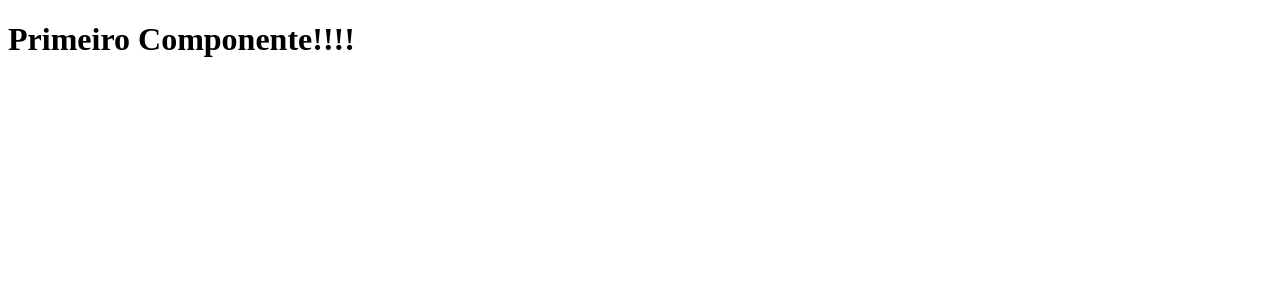
Repository: eversonps/react-fundamentos
Page: / (app in v4/)
These files come from the project's save history. The page is drawn as it stood at one moment and after the next save; the edit follows.
The browser window is 1280 px wide. The pictures show the whole page.
The project was rebuilt for these pictures with package versions that can differ from the ones it lists, and the page was loaded fresh each time.

Above is the page before, as saved 2022-03-24 15:59:34.

### v4/src/index.js
import ReactDOM from "react-dom"
import React from "react"
import PrimeiroComponente from "./componentes/PrimeiroComponente"

const elemento = document.getElementById("root")
ReactDOM.render(
    <div>
        <PrimeiroComponente valor="Primeiro Componente!!!!"/>
    </div>,
    elemento
)

### v4/src/componentes/PrimeiroComponente.jsx
import React from "react";

export default (props) => <h1>{props.valor}</h1>

Loaded but not shown: v4/public/index.html (common file)

After the next save:
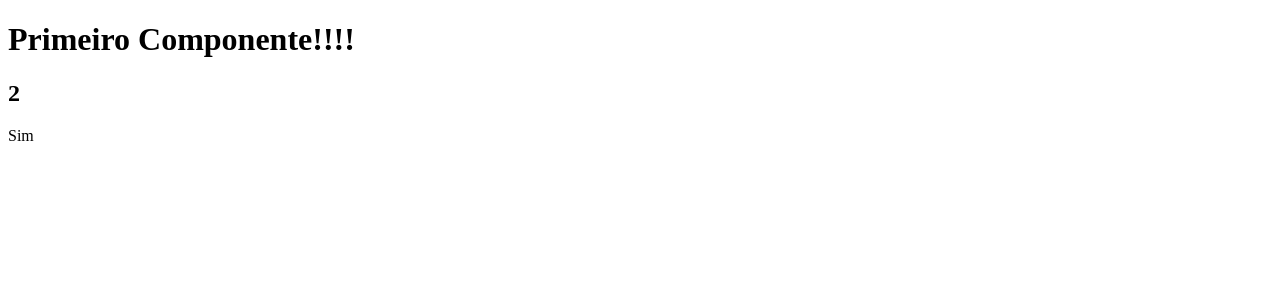
Saved 60 s later.
--- a/v4/src/componentes/PrimeiroComponente.jsx
+++ b/v4/src/componentes/PrimeiroComponente.jsx
@@ -1,3 +1,9 @@
 import React from "react";
 
-export default (props) => <h1>{props.valor}</h1>
+export default (props) => (
+    <div>
+        <h1>{props.valor}</h1>
+        <h2>{1 + 1}</h2>
+        <p>{true ? "Sim" : "Não"}</p>
+    </div>
+)
